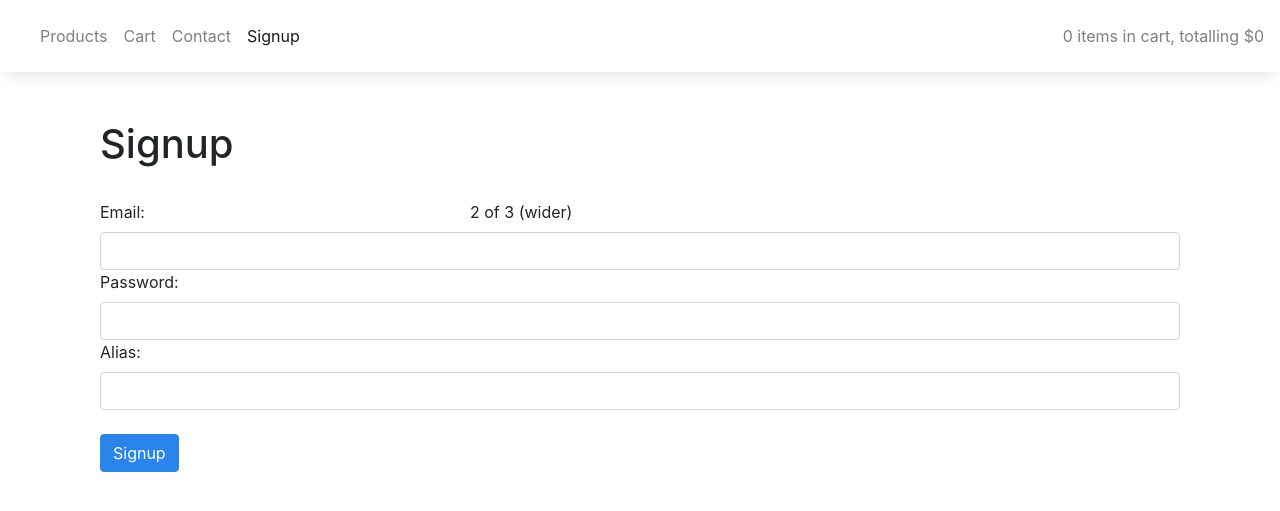
Repository: dayrim/wavecraft
Page: /signup
These files come from the project's save history. The page is drawn as it stood at one moment and after the next save; the edit follows.
The browser window is 1280 px wide. The pictures show the whole page.
The project was rebuilt for these pictures with package versions that can differ from the ones it lists, and the page was loaded fresh each time. Also part of the build but not shown: vue.config.js.

Above is the page before, as saved 2019-04-22 16:03:53.

After the next save:
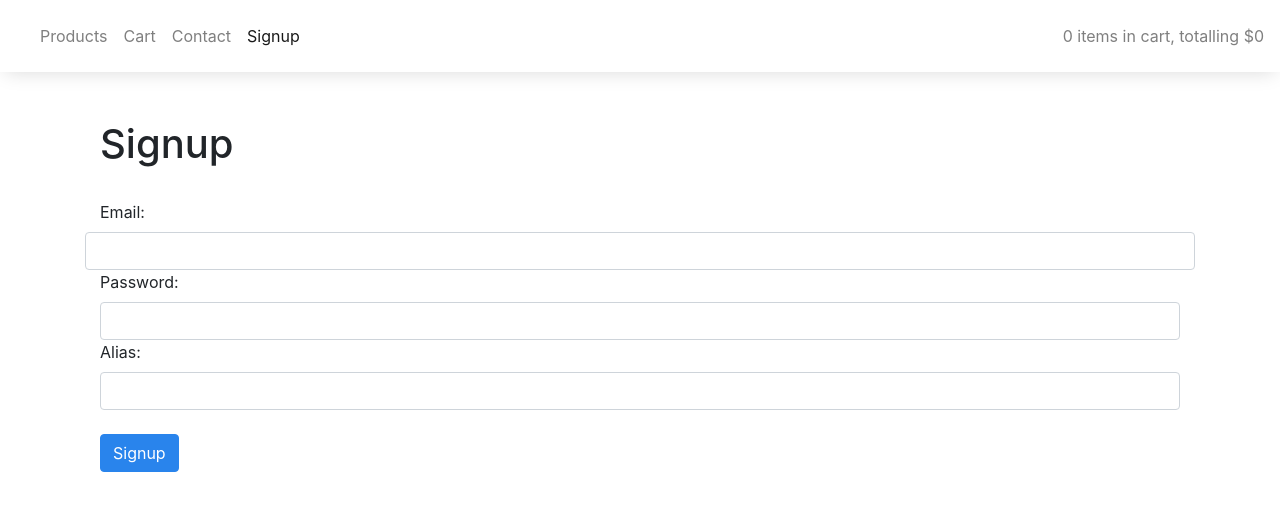
Saved 6 s later.
--- a/src/components/Signup.vue
+++ b/src/components/Signup.vue
@@ -4,10 +4,10 @@
     <br />
     <b-row>
       <b-col> <label for="email">Email:</label></b-col>
-      <b-col cols="8">2 of 3 (wider)</b-col>
+      <b-col     <b-form-input id="email" type="text"></b-form-input></b-col>
     </b-row>
 
-    <b-form-input id="email" type="text"></b-form-input>
+
     <label for="password">Password:</label>
     <b-form-input id="password" type="text"></b-form-input>
     <label for="alias">Alias:</label>
